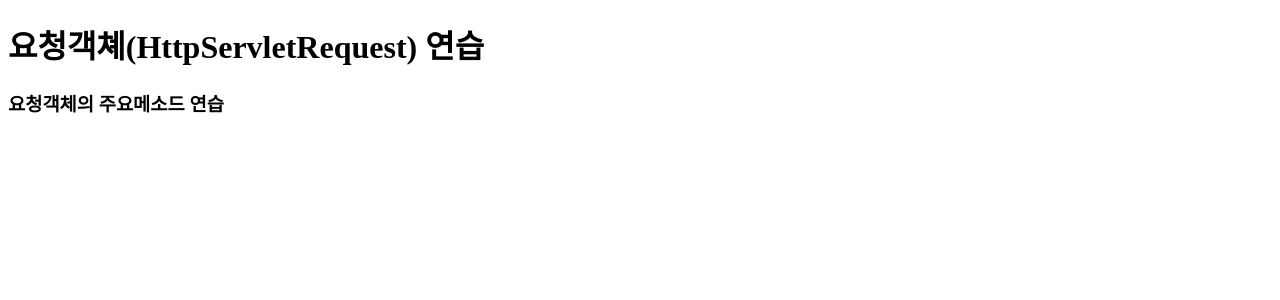
Repository: onuo77/ja_HTA
Page: http://localhost/sample/req/main.jsp
The author's editor kept a copy of each file at every save. The page is drawn from the files as they stood at one save, then again after the next save.
The browser window is 1280 px wide. The pictures show the whole page.
The page is served by Tomcat 9. Other server files are loaded and not shown.

Above is the page before, as saved 2021-05-20 01:03:20.

### java-web/sample/src/main/webapp/req/main.jsp
<%@ page language="java" contentType="text/html; charset=UTF-8"
    pageEncoding="UTF-8"%>
<!DOCTYPE html>
<html>
<head>
<meta charset="UTF-8">
<title>요청객체 익히기</title>
</head>
<body>
	<h1>요청객쳬(HttpServletRequest) 연습</h1>

	<h3>요청객체의 주요메소드 연습</h3>
</body>
</html>

After the next save:
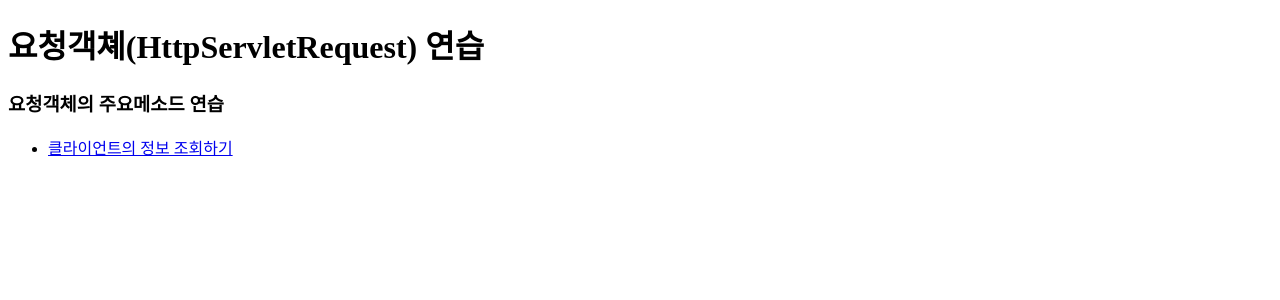
Saved 85 s later.
--- a/java-web/sample/src/main/webapp/req/main.jsp
+++ b/java-web/sample/src/main/webapp/req/main.jsp
@@ -10,5 +10,8 @@
 	<h1>요청객쳬(HttpServletRequest) 연습</h1>
 
 	<h3>요청객체의 주요메소드 연습</h3>
+	<ul>
+		<li><a href="demo.jsp">클라이언트의 정보 조회하기</a></li>
+	</ul>
 </body>
 </html>
